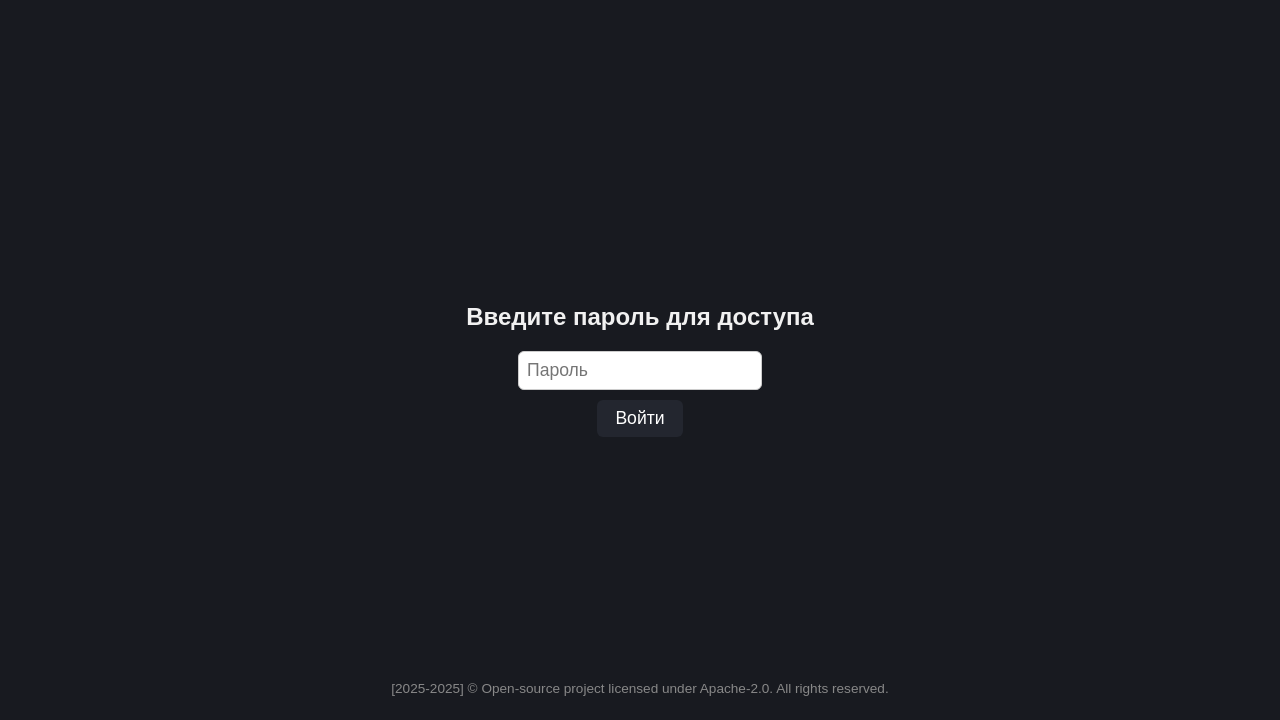
Repository: oncube-dev/OnCube-dev_website
Page: files_for_hosting/html_plus_js.version/index.html
An editor plug-in stored every save of this project. The page is shown before and after the next save, followed by the edit.
The browser window is 1280 px wide. The pictures show the whole page.
The page's requests for data from a server got no answer.

Above is the page before, as saved 2025-07-28 14:32:49.

After the next save:
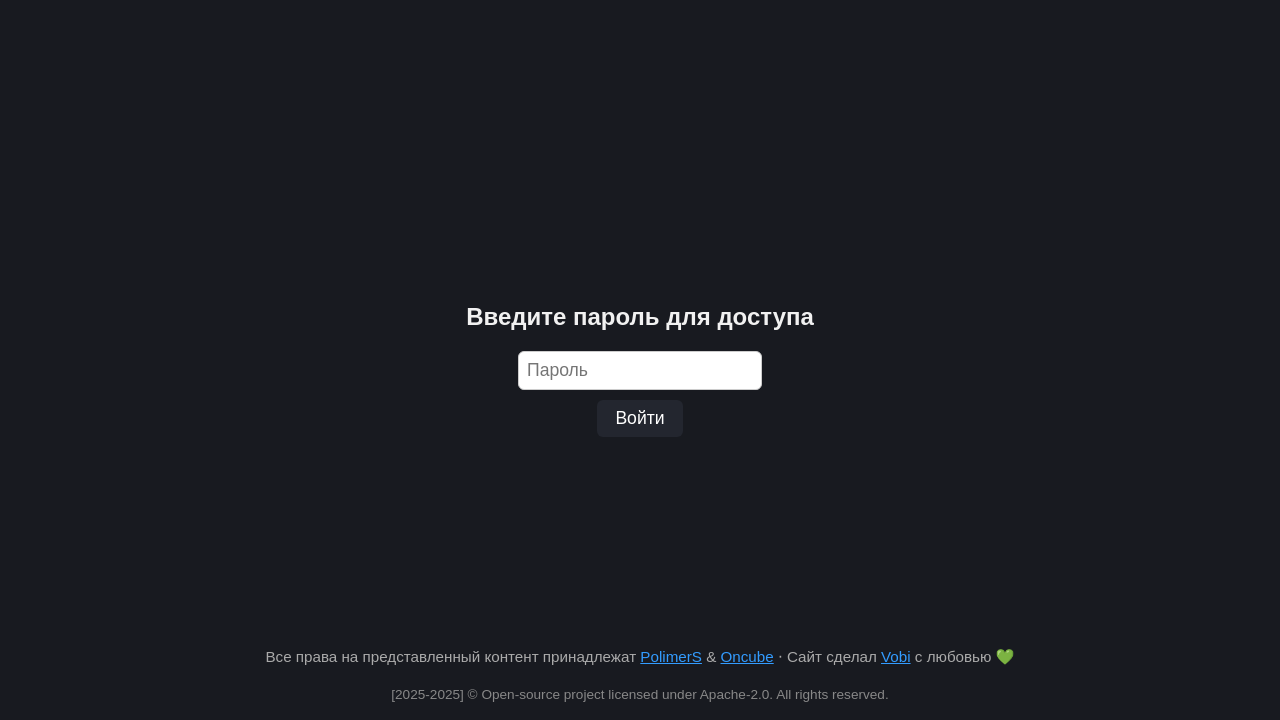
Saved 103 s later.
--- a/files_for_hosting/html_plus_js.version/index.html
+++ b/files_for_hosting/html_plus_js.version/index.html
@@ -17,6 +17,31 @@
             width: 100%;
             pointer-events: none;
         }
+        .footer-note {
+            position: fixed;
+            left: 0;
+            right: 0;
+            bottom: 54px;
+            text-align: center;
+            font-size: 0.95em;
+            color: #888;
+            width: 100vw;
+            z-index: 101;
+            background: none;
+            pointer-events: none;
+        }
+        #auth-copyright {
+            position: fixed;
+            left: 0;
+            right: 0;
+            bottom: 18px;
+            text-align: center;
+            font-size: 0.85em;
+            color: #888;
+            width: 100vw;
+            pointer-events: none;
+            z-index: 100;
+        }
     </style>
 </head>
 <body>
@@ -32,10 +57,10 @@
             <div id="timer">Загрузка...</div>
         </div>
         <button id="theme-toggle" class="theme-toggle-btn" title="Переключить тему">🌙</button>
-        <footer class="footer-note">
-            Все права на представленный контент принадлежат <a href="https://www.youtube.com/@PolimerS" target="_blank" style="text-decoration:underline;">PolimerS</a> & <a href="https://github.com/oncube-dev" target="_blank" style="text-decoration:underline;">Oncube</a> ⋅ Сайт сделал <a href="https://vobi.bio.link/" target="_blank" style="text-decoration:underline;">Vobi</a> с любовью 💚
-        </footer>
     </div>
+    <footer class="footer-note">
+        Все права на представленный контент принадлежат <a href="https://www.youtube.com/@PolimerS" target="_blank" style="text-decoration:underline;">PolimerS</a> & <a href="https://github.com/oncube-dev" target="_blank" style="text-decoration:underline;">Oncube</a> ⋅ Сайт сделал <a href="https://vobi.bio.link/" target="_blank" style="text-decoration:underline;">Vobi</a> с любовью 💚
+    </footer>
     <div id="auth-copyright">[2025-2025] © Open-source project licensed under Apache-2.0. All rights reserved.</div>
     <script>
         const API_KEY = 'AIzaSyD_5JR2KFtfjfmsiwnueCyyJkvWOh__aOI';
